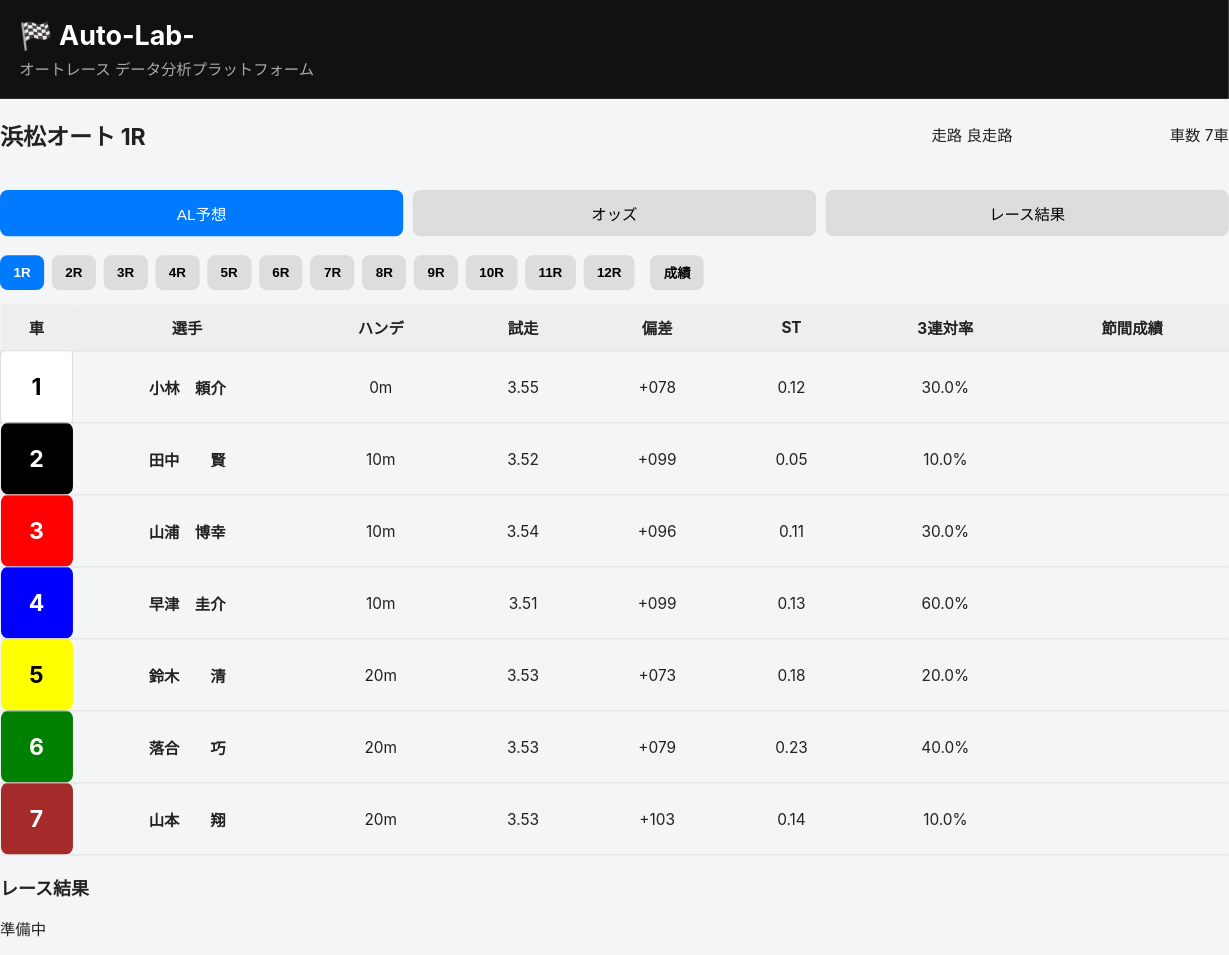
Repository: autorace-lab/Auto-Lab--main
Page: race.html
These files come from the project's save history. The page is drawn as it stood at one moment and after the next save; the edit follows.
The browser window is 1280 px wide. The pictures show the whole page, at 96% of full size.

Above is the page before, as saved 2026-08-05 16:19:56.

After the next save:
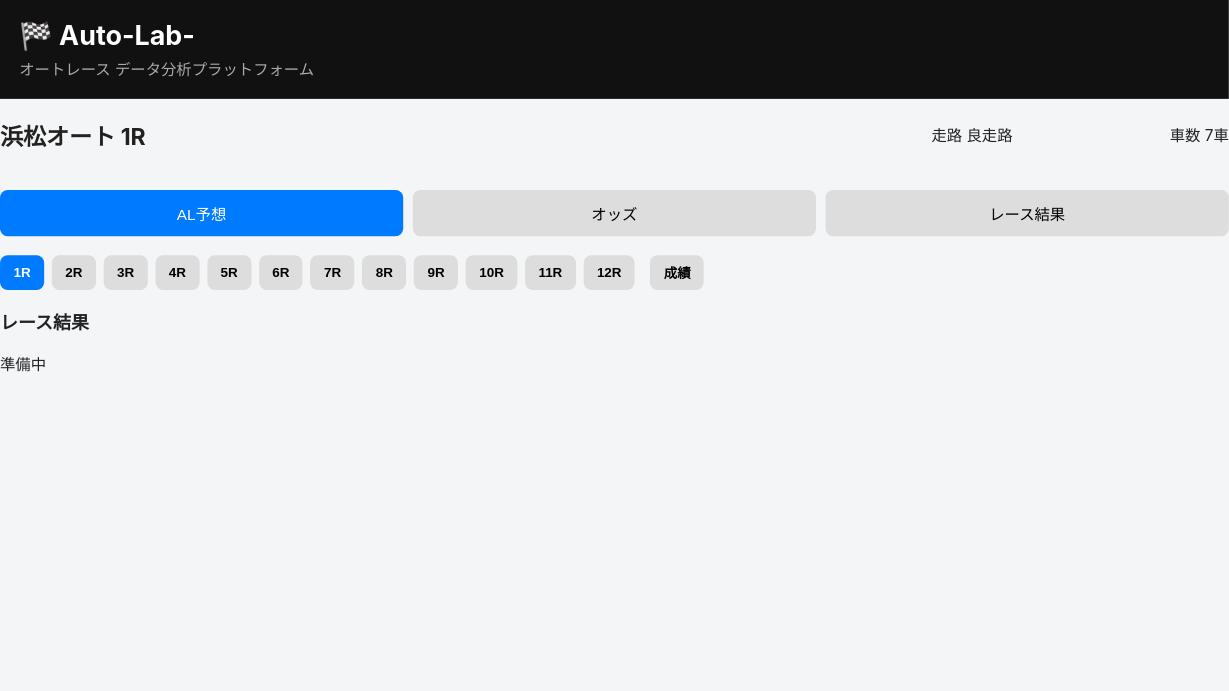
Saved 3 min 55 s later.
--- a/race.html
+++ b/race.html
@@ -111,7 +111,7 @@
   <button class="race-tab-btn" onclick="changeTab('recent')">成績</button>
 </div>
 
-<div id="race" class="tab-content">
+<div id="race" class="tab-content" style="display:none;">
   <table>
     <thead>
       <tr>
